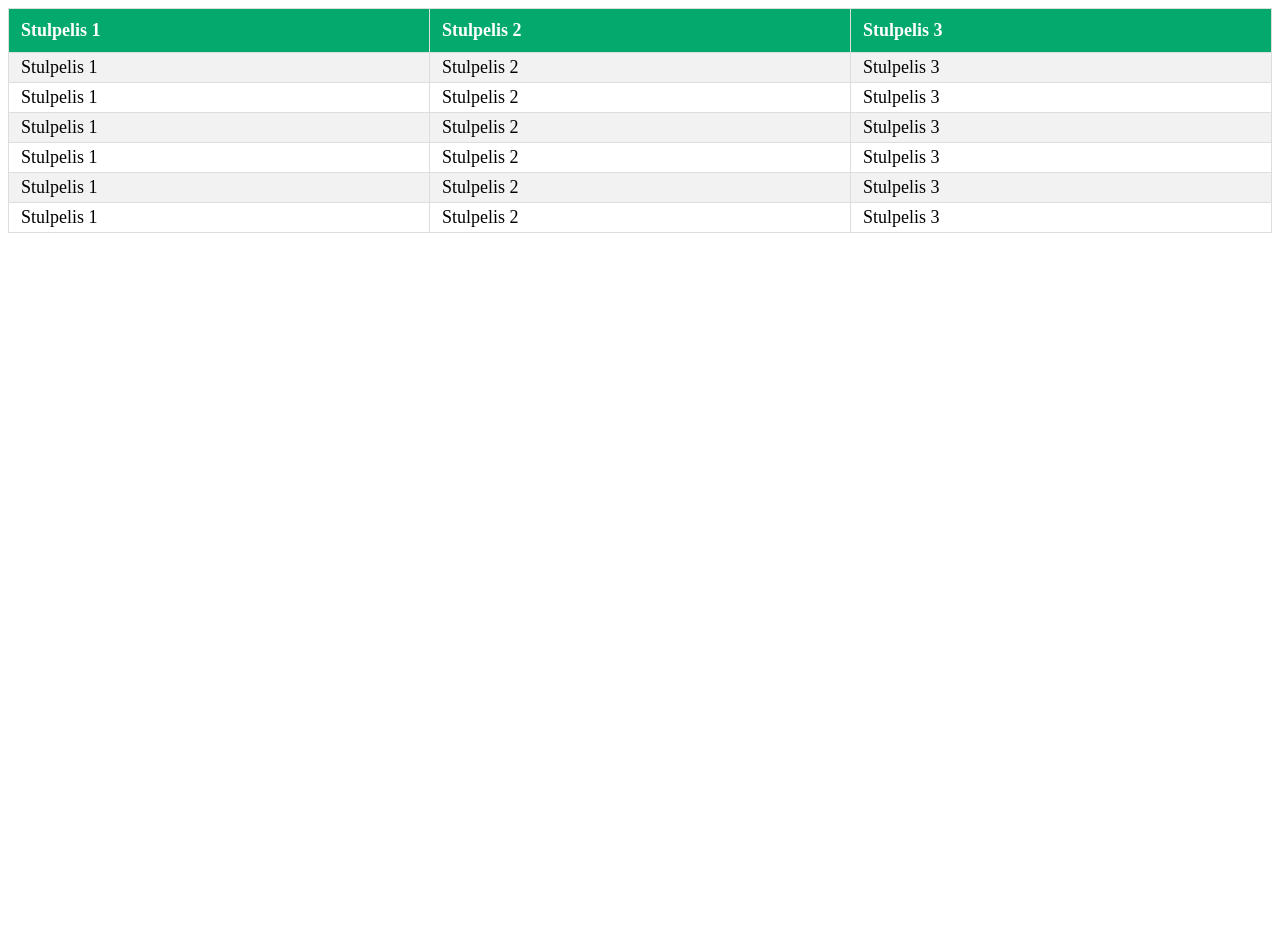
Repository: motiejus1/10-paskaita-05.31
Page: index.html
These files come from the project's save history. The page is drawn as it stood at one moment and after a run of saves; the edit follows.
The browser window is 1280 px wide. The pictures show the part of the page from y = 0 to 952 px (the page is 3241 px tall).
Backgrounds fixed to the window are drawn as part of the page.

Above is the page before, as saved 2021-06-16 20:15:01.

### index.html
<!DOCTYPE html>
<html lang="en">
<head>
    <meta charset="UTF-8">
    <meta http-equiv="X-UA-Compatible" content="IE=edge">
    <meta name="viewport" content="width=device-width, initial-scale=1.0">
    <title>10 paskaita</title>

    <style>
        html {
            font-size: 18px;
        }

        .container {
            width: 100%;
            height: 1800px;
        }


        /* Fono spalvos */

        .fonas-spalva {
            background-color: green;
            opacity: 0.7;
        }

        .fonas {
            background-color: #657AD3;
            opacity: 0.7;
        }

        .fonas-rgb {
            background-color:rgb(101, 122, 211);
            opacity: 0.7;
        }

        .fonas-rgba {
            background-color:rgba(101, 122, 211, 0.7);
        }

        /* Paveiksliukas kaip fonas */
        .paveiksliukas {
            height: 100%;
            background-image: url("https://images.unsplash.com/photo-1593642531955-b62e17bdaa9c?ixid=MnwxMjA3fDF8MHxwaG90by1wYWdlfHx8fGVufDB8fHx8&ixlib=rb-1.2.1&auto=format&fit=crop&w=750&q=80");
            background-color:grey;
            background-repeat: no-repeat;
            opacity: 0.7;
            background-attachment: fixed;
            /* background-position: 5px 5px; */
            /* background-position: center center; */
            /* background-size: 100% 100%; */
            /* background-size: contain; background-size: 100% */
            /* background-size: cover; */


        }

        table {

            font-family: ;
            border: 1px solid  #ddd;
            margin-bottom: 1200px;
            width: 100%;
            border-collapse: collapse;
        }


        td, th {
            border: 1px solid  #ddd;
            padding-left: 12px;
        }

        th {
            text-align: left;
            padding-top: 11px;
            padding-bottom: 11px;
            background-color: #04AA6D;
            color:white;
            font-size: 1rem;
        }

        td {
            padding-top: 4px;
            padding-bottom: 4px;
        }

        tr:nth-child(even) {
            background-color: #f2f2f2;
        }

        tr:hover {
            background-color: #ddd;
         }

        /* td:hover { */
            /* background-color: #ddd; */
        /* } */

    </style>
</head>
<body>

    <table>
        <tr>
            <th>Stulpelis 1</th>
            <th>Stulpelis 2</th>
            <th>Stulpelis 3</th>
        </tr>
        <tr>
            <td>Stulpelis 1</td>
            <td>Stulpelis 2</td>
            <td>Stulpelis 3</td>
        </tr>
        <tr>
            <td>Stulpelis 1</td>
            <td>Stulpelis 2</td>
            <td>Stulpelis 3</td>
        </tr>
        <tr>
            <td>Stulpelis 1</td>
            <td>Stulpelis 2</td>
            <td>Stulpelis 3</td>
        </tr>
        <tr>
            <td>Stulpelis 1</td>
            <td>Stulpelis 2</td>
            <td>Stulpelis 3</td>
        </tr>
        <tr>
            <td>Stulpelis 1</td>
            <td>Stulpelis 2</td>
            <td>Stulpelis 3</td>
        </tr>
        <tr>
            <td>Stulpelis 1</td>
            <td>Stulpelis 2</td>
            <td>Stulpelis 3</td>
        </tr>
    </table>

    <div class="container fonas-rgba">
        <div class="paveiksliukas">
            Tekstas
        </div>
    </div>
</body>
</html>

After the next 2 saves:
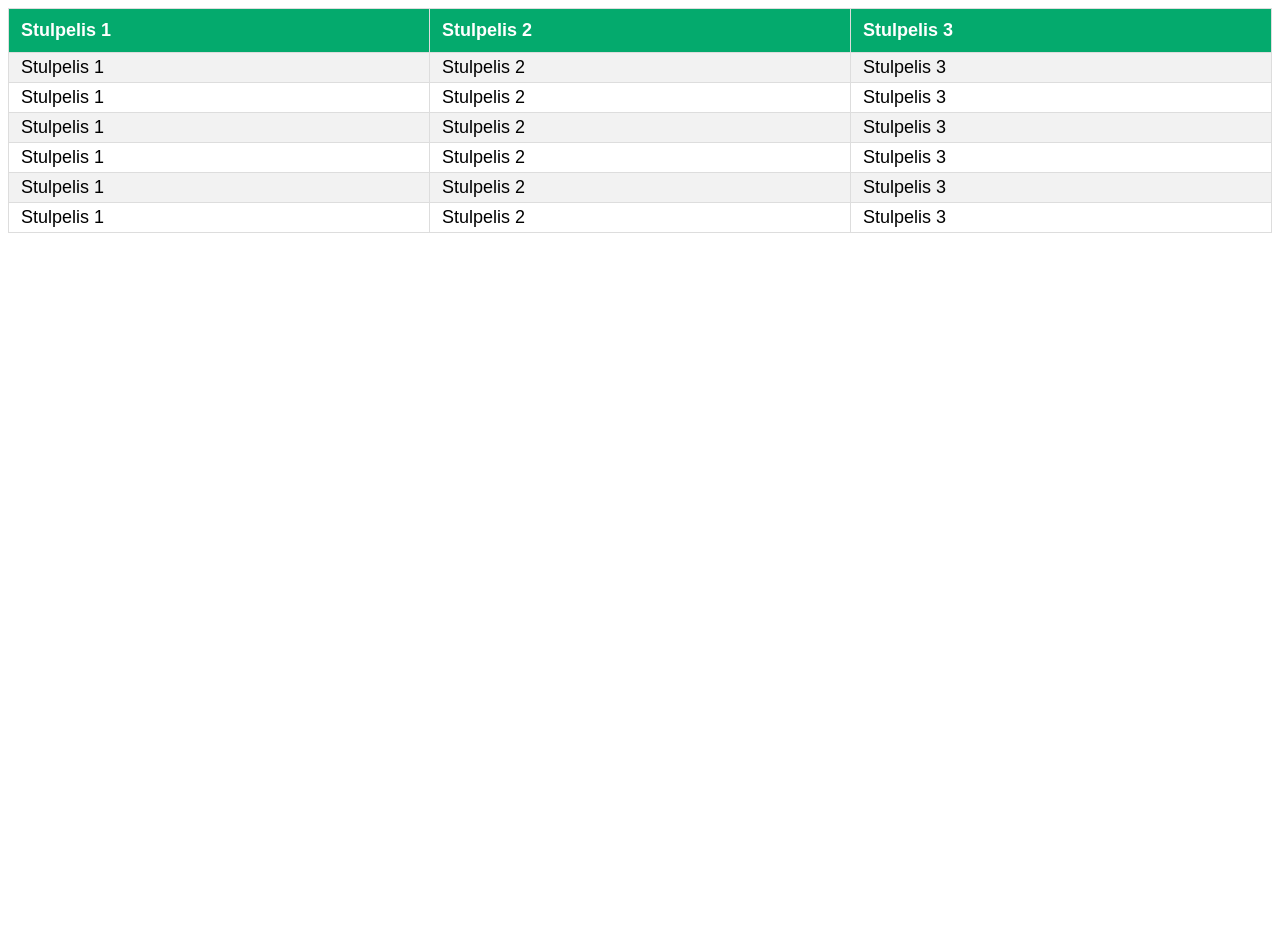
The 2 saves are shown as one change because they came seconds apart.
The last was saved 8 s later.
--- a/index.html
+++ b/index.html
@@ -57,7 +57,7 @@
 
         table {
 
-            font-family: ;
+            font-family: Arial, Helvetica, sans-serif;
             border: 1px solid  #ddd;
             margin-bottom: 1200px;
             width: 100%;
